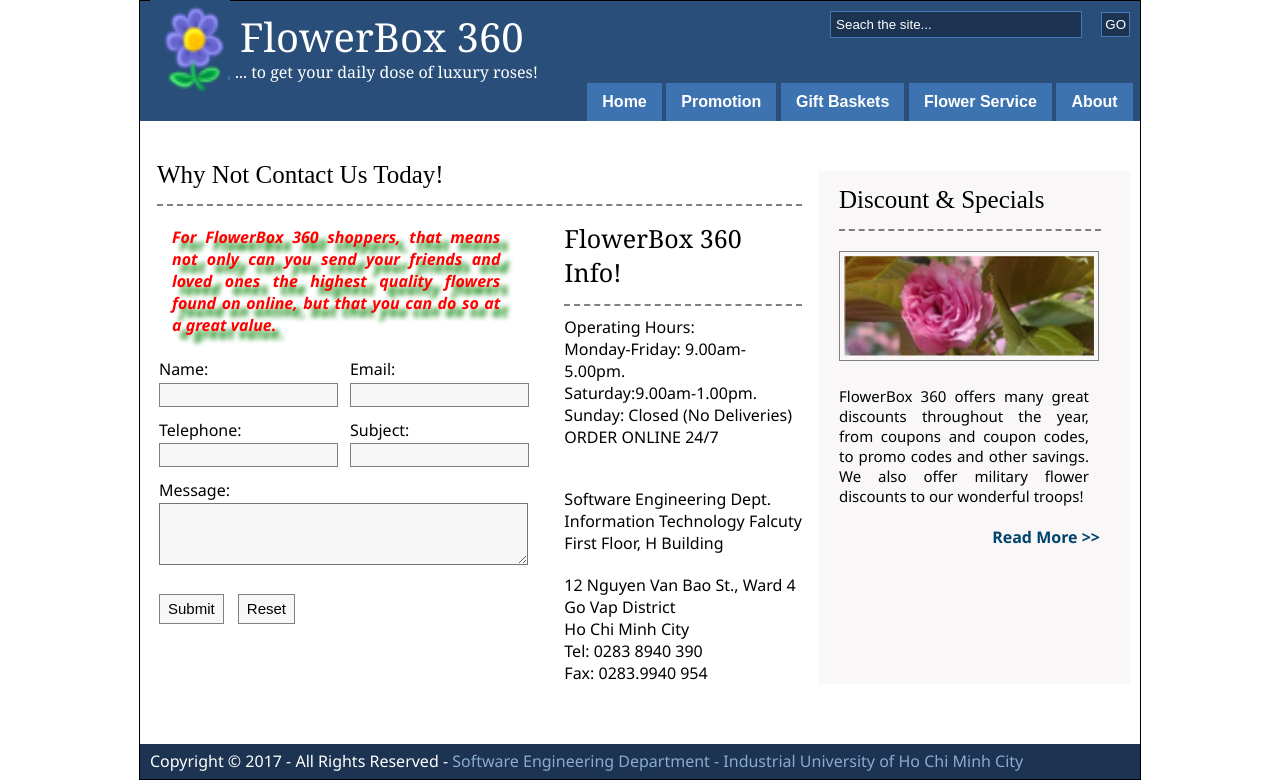
Repository: thu1365/BTKT_WEB
Page: HTML/btkt.html
The author's editor kept a copy of each file at every save. The page is drawn from the files as they stood at one save, then again after the next save.
The browser window is 1280 px wide. The pictures show the whole page.

Above is the page before, as saved 2023-03-11 21:42:43.

### HTML/btkt.html
<!DOCTYPE html>
<html lang="en">

<head>
    <meta charset="UTF-8">
    <meta http-equiv="X-UA-Compatible" content="IE=edge">
    <meta name="viewport" content="width=device-width, initial-scale=1.0">
    <title>21025781-Lê Minh Thư</title>
    <style>
        * {
            padding: 0;
            margin: 0 auto;
        }

        .wrapper {
            width: 1000px;
            background-color: #fff;
            border: 1px solid black;
        }

        header {
            position: relative;
            width: 1000px;
            height: 120px;
            background-color: #294e79;
            font-family: Georgia, 'Times New Roman', Times, serif;
        }

        .logo {
            position: relative;
            left: 10px;
            bottom: 15px;
            width: 80px;
            height: 130px;
        }

        .name1 {
            font-size: 40px;
            color: #fff;
            position: absolute;
            left: 100px;
            top: 8px;
        }

        .name2 {
            color: #fff;
            position: absolute;
            left: 95px;
            top: 60px;
        }

        #search1 {
            background-color: #1c3451;
            border: 1px solid #4579b7;
            color: #fff;
            margin-right: 15px;
            width: 250px;
            height: 25px;
        }

        #search1::placeholder {
            padding-left: 5px;
            color: #fff;
        }

        #search2 {
            background-color: #1c3451;
            border: 1px solid #4579b7;
            color: #fff;
            height: 25px;
            padding: 0 3px;
        }

        .search_form {
            position: absolute;
            top: 10px;
            right: 10px;
        }

        .nav {
            display: flex;
            width: 550px;
            position: absolute;
            bottom: 0px;
            right: 5px;
            font-family: Arial, Helvetica, sans-serif;
        }

        .nav_item {
            position: relative;
            padding: 10px 15px;
            background-color: #3d73b1;
        }

        .nav_item:hover {
            background-color: #8babd0;
        }

        .nav_item a {
            color: white;
            font-weight: bold;
            text-decoration: none;
        }

        .nav1 {
            display: none;
            position: absolute;
            top: 39px;
            left: 0px;
            width: 180px;
            height: 60px;
            background-color: #8babd0;
        }

        .nav2 {
            box-sizing: border-box;
            padding-left: 15px;
            line-height: 30px;
            height: 50%;
            border: 1px solid rgb(158, 196, 240);
            color: white;
        }

        .nav_item:hover .nav1 {
            display: block;
            background-color: #9bbbe0;
        }

        .nav2:hover {
            background-color: #edf6ff;
            cursor: pointer;
        }

        .container {
            font-family: 'Segoe UI', Tahoma, Geneva, Verdana, sans-serif;
            padding-bottom: 60px;
            width: 100%;
            display: flex;
        }

        .Left {
            display: flex;
            width: 70%;
            justify-content: space-between;
            flex-wrap: wrap;
        }

        .p1 {
            width: 55%;
        }

        .p2 {
            width: 35%;
        }

        .p3 {
            background-color: #f9f7f7;
            width: 30%;
            padding-left: 20px;
            margin-top: 50px;
            margin-right: 10px;
        }

        .Left1 {
            font-family: 'Times New Roman', Times, serif;
            width: 95%;
            padding: 40px 0px 15px 0px;
            font-size: 25px;
            border-bottom: 2px dashed gray;
        }

        .p1_1 {
            padding: 20px 30px 20px 15px;
            text-align: justify;
            color: red;
            font-style: italic;
            font-family: 'Segoe UI', Tahoma, Geneva, Verdana, sans-serif;
            text-shadow: 8px 8px 5px green;
        }

        table input {
            height: 22px;
            margin-right: 10px;
            margin-bottom: 10px;
            background-color: #f7f7f7;
            border: 1px solid gray;
        }

        table textarea {
            background-color: #f7f7f7;
        }

        .p1_sub {
            box-sizing: border-box;
            margin-top: 20px;
            height: 30px;
            font-size: 15px;
            padding: 0 8px;
            line-height: 28px;
            border: 1px solid gray;
        }

        .p2_1 {
            font-family: Georgia, 'Times New Roman', Times, serif;
            padding: 15px 0px 15px;
            width: 100%;
            font-size: 25px;
            border-bottom: 2px dashed gray;
        }

        .p2_2 {
            font-family: 'Segoe UI', Tahoma, Geneva, Verdana, sans-serif;
            padding: 10px 0 40px 0;
        }

        .p2_3 {
            font-family: 'Segoe UI', Tahoma, Geneva, Verdana, sans-serif;
        }

        .p2_4 {
            font-family: 'Segoe UI', Tahoma, Geneva, Verdana, sans-serif;
            padding-top: 20px;
        }

        .p3_1 {
            font-family: 'Times New Roman', Times, serif;
            padding: 15px 0px 15px;
            width: 90%;
            margin-right: 30px;
            font-size: 25px;
            border-bottom: 2px dashed rgb(128, 124, 124);
        }

        .p3_anh {
            width: 250px;
            height: 100px;
            padding: 4px;
            margin: 20px 0;
            border: 1px solid gray;
        }

        .p3_2 {
            width: 250px;
            margin-right: 30px;
            float: left;
            text-align: justify;
            font-family: 'Segoe UI', Tahoma, Geneva, Verdana, sans-serif;
            font-size: 15px;
            display: block;
        }

        .p3_3 {
            color: #00436d;
            font-weight: bold;
            margin-right: 30px;
            float: right;
            padding-top: 20px;
            text-decoration: none;
        }

        footer {
            background-color: #1c3451;
            height: 35px;
        }

        #footer_1 {
            font-family: 'Segoe UI', Tahoma, Geneva, Verdana, sans-serif;
            padding-left: 10px;
            color: #8babd0;
            line-height: 35px;
        }

        #footer_1 .white {
            color: #fff;
        }
    </style>
</head>

<body>
    <div class="wrapper">
        <header>
            <img src="/IMAGE/AnhLogo.PNG" alt="" class="logo">
            <p class="name1">FlowerBox 360</p>
            <p class="name2">... to get your daily dose of luxury roses!</p>
            <form action="" class="search_form">
                <input type="text" name="" id="search1" placeholder="Seach the site...">
                <input id="search2" type="button" value="GO">
            </form>
            <div class="nav">
                <div class="nav_item"><a href="">Home</a></div>
                <div class="nav_item"><a href="">Promotion</a></div>
                <div class="nav_item"><a href="">Gift Baskets</a></div>
                <div class="nav_item"><a href="">Flower Service</a>
                    <div class="nav1">
                        <div class="nav2"><b>Flower for Wedding</b></div>
                        <div class="nav2"><b>Flower for Conference</b></div>

                    </div>
                </div>
                <div class="nav_item"><a href="">About</a></div>
            </div>
        </header>
        <div class="container">
            <div class="Left">
                <p class="Left1">Why Not Contact Us Today!</p>
                <div class="p1">
                    <p class="p1_1"><b>For FlowerBox 360 shoppers, that means not only can you send your friends and loved ones the highest quality flowers found on online, but that you can do so at a great value.</b></p>
                    <form action="" class="c1_form">
                        <table>
                            <tr>
                                <td><label for="name_ip">Name:</label></td>
                                <td><label for="mail_ip">Email:</label></td>
                            </tr>
                            <tr>
                                <td><input type="text" name="" id="name_ip"></td>
                                <td><input type="email" name="" id="mail_ip"></td>
                            </tr>
                            <tr>
                                <td><label for="tel_ip">Telephone:</label></td>
                                <td><label for="sub_ip">Subject:</label></td>
                            </tr>
                            <tr>
                                <td><input type="tel" name="" id="tel_ip"></td>
                                <td><input type="text" name="" id="sub_ip"></td>
                            </tr>
                            <tr>
                                <td colspan="2"><label for="mess_ip">Message:</label></td>
                            </tr>
                            <tr>
                                <td colspan="2"> <textarea name="" id="mess_ip" cols="44" rows="4"></textarea></td>
                            </tr>
                            <tr>
                                <tr>
                                    <td><input class="p1_sub" type="button" value="Submit"> <input class="p1_sub" type="button" value="Reset"></td>
                                </tr>
                            </tr>
                        </table>

                    </form>
                </div>
                <div class="p2">
                    <p class="p2_1">FlowerBox 360 Info!</p>
                    <p class="p2_2">Operating Hours: <br> Monday-Friday: 9.00am-5.00pm.<br> Saturday:9.00am-1.00pm.
                        <br> Sunday: Closed (No Deliveries)<br> ORDER ONLINE 24/7
                    </p>
                    <p class="p2_3">
                        Software Engineering Dept. <br> Information Technology Falcuty<br> First Floor, H Building
                    </p>
                    <p class="p2_4">
                        12 Nguyen Van Bao St., Ward 4<br> Go Vap District<br> Ho Chi Minh City<br> Tel: 0283 8940 390<br> Fax: 0283.9940 954
                    </p>


                </div>
            </div>
            <div class="p3">
                <p class="p3_1">Discount & Specials</p>
                <img src="/IMAGE/Hoa.jpg" alt="" class="p3_anh">
                <p class="p3_2">FlowerBox 360 offers many great discounts throughout the year, from coupons and coupon codes, to promo codes and other savings. We also offer military flower discounts to our wonderful troops!</p>
                <a class="p3_3" href="">Read More >></a>
            </div>
        </div>
        <footer>
            <p id="footer_1"><span class="white">Copyright © 2017 - All Rights Reserved -</span> Software Engineering Department - Industrial University of Ho Chi Minh City</p>
        </footer>
    </div>
</body>

</html>

After the next save:
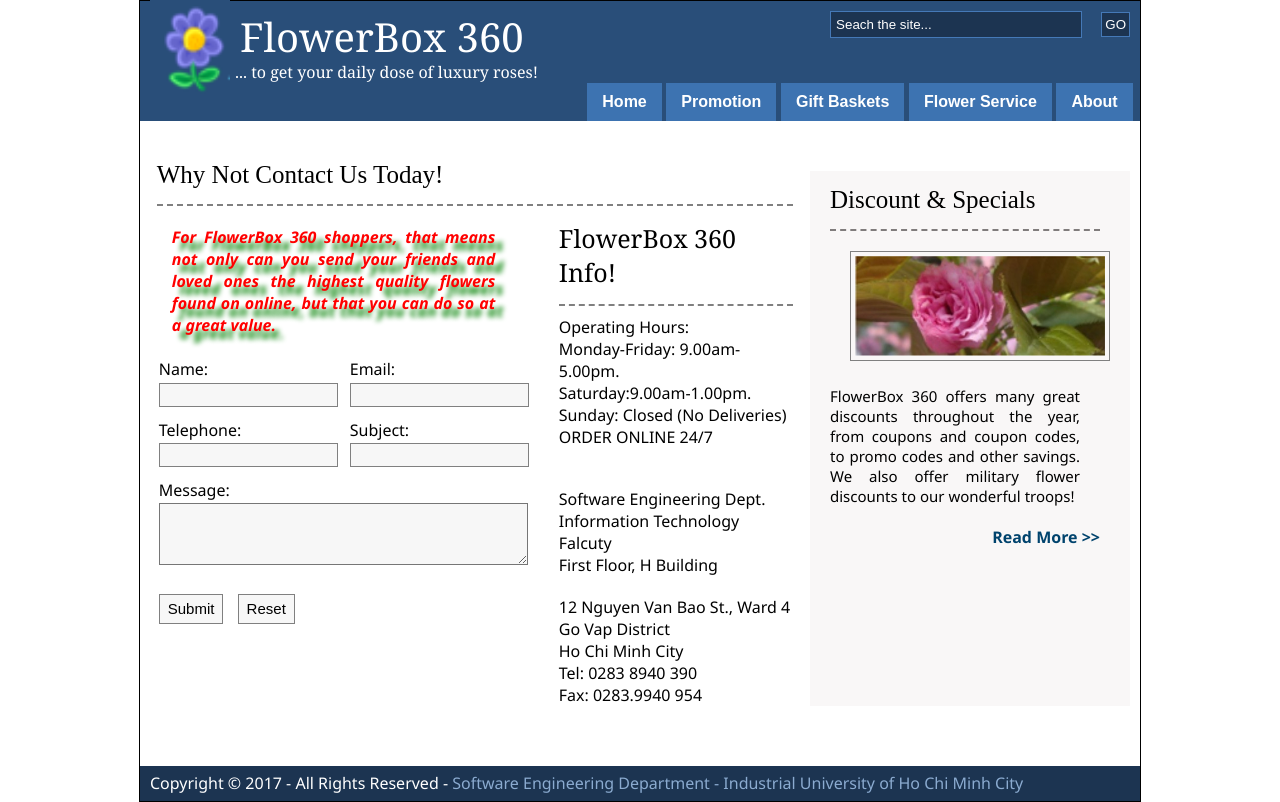
Saved 8 s later.
--- a/HTML/btkt.html
+++ b/HTML/btkt.html
@@ -235,7 +235,7 @@
             width: 250px;
             height: 100px;
             padding: 4px;
-            margin: 20px 0;
+            margin: 20px;
             border: 1px solid gray;
         }
 

After the save that followed:
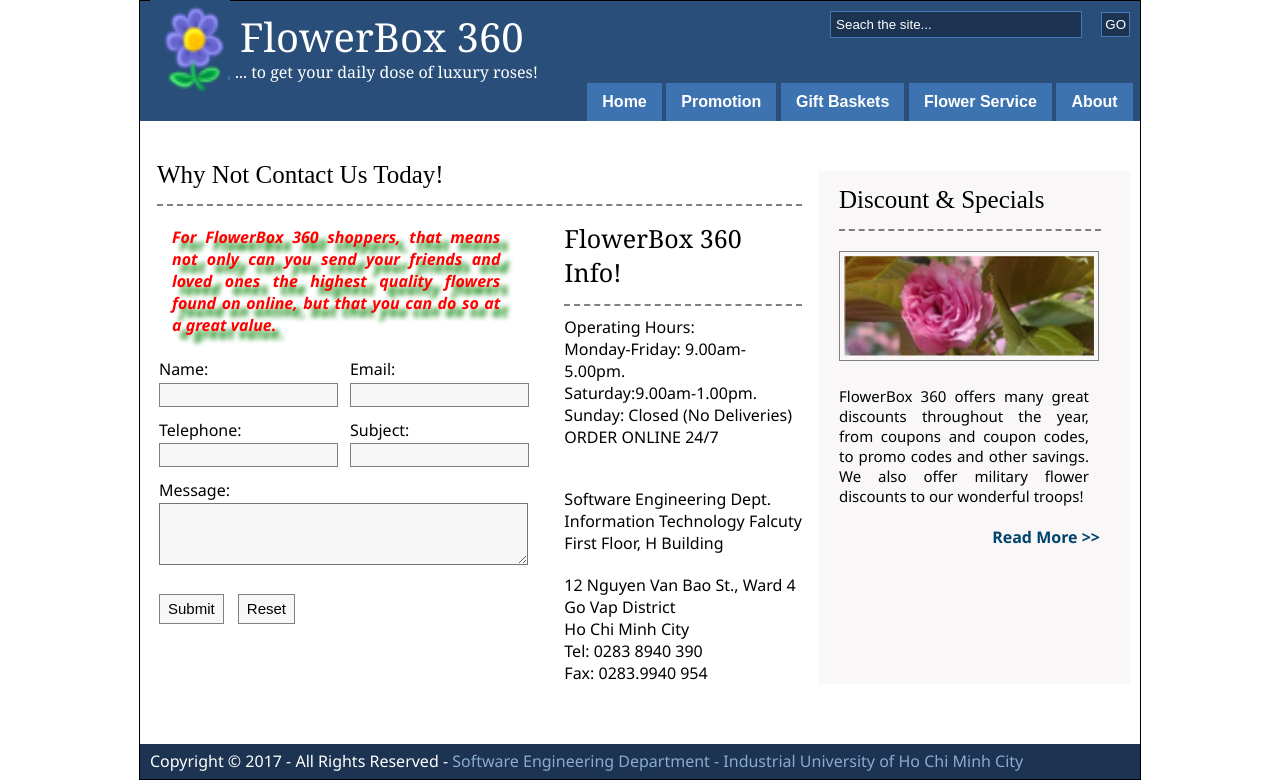
Saved 7 s later.
--- a/HTML/btkt.html
+++ b/HTML/btkt.html
@@ -235,7 +235,7 @@
             width: 250px;
             height: 100px;
             padding: 4px;
-            margin: 20px;
+            margin: 20px 0px;
             border: 1px solid gray;
         }
 
